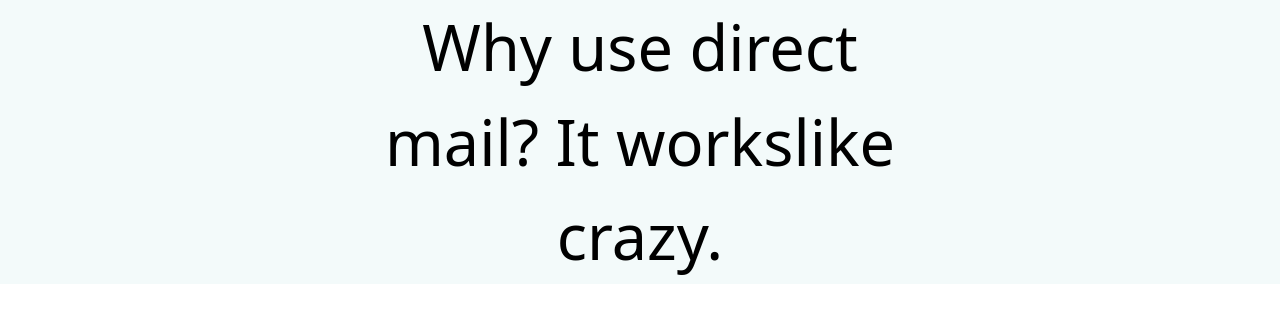
Repository: trusha97/postpilot
Page: mailsende.html
An editor plug-in stored every save of this project. The page is shown before and after the next save, followed by the edit.
The browser window is 1280 px wide. The pictures show the whole page.
Some web libraries are served in a nearby version.

Above is the page before, as saved 2025-05-21 11:32:38.

After the next save:
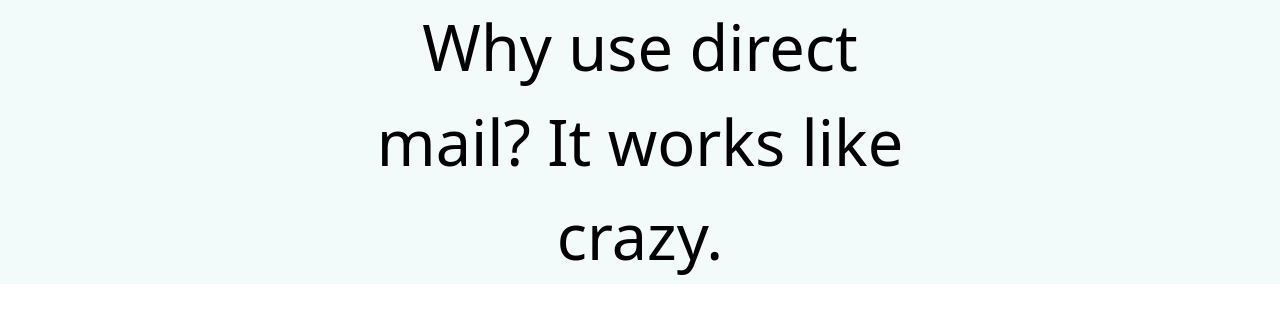
Saved 8 s later.
--- a/mailsende.html
+++ b/mailsende.html
@@ -13,7 +13,7 @@
     <div class="bg-[#F3FAFA]">
         <div>
             <p class="text-[63px] max-w-[585px] text-center mx-auto">Why use direct mail?
-                It <span>works</span>like crazy.</p>
+                It <span>works</span> like crazy.</p>
         </div>
     </div>
 </body>
